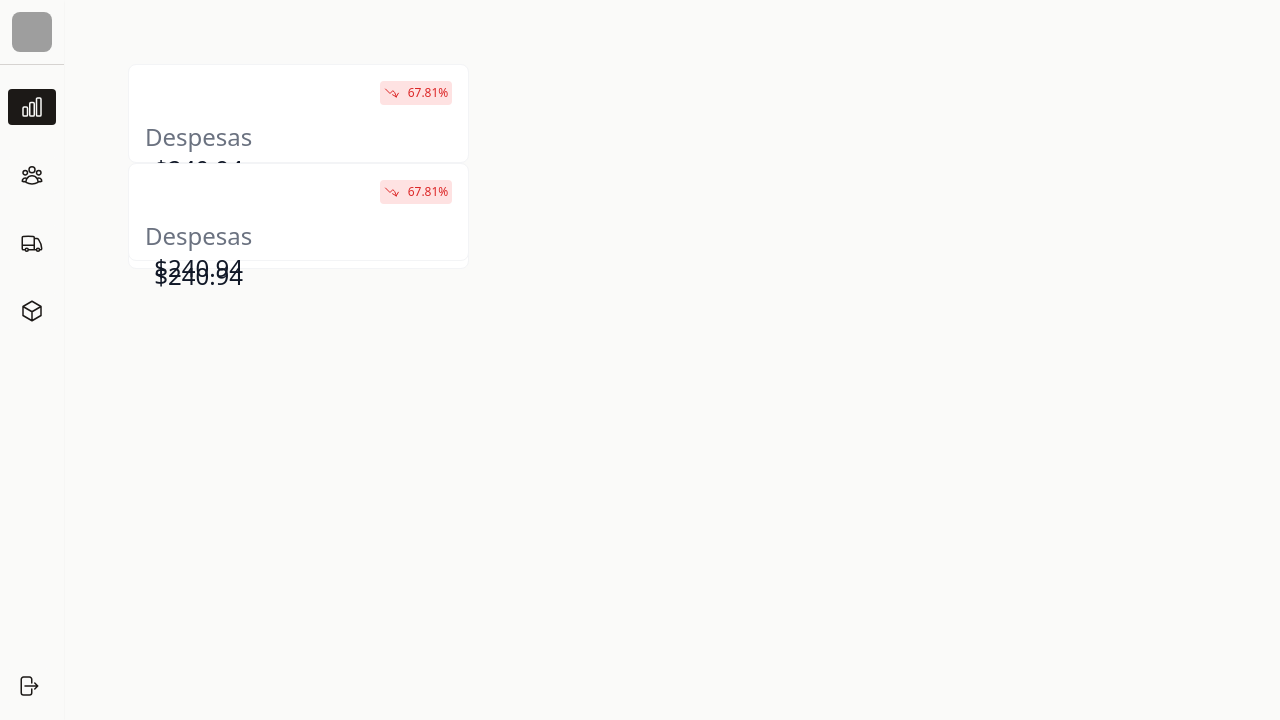
Repository: XavierOtavio/Cuzinhas
Page: /dashboard
These files come from the project's save history. The page is drawn as it stood at one moment and after a run of saves; the edit follows.
The browser window is 1280 px wide. The pictures show the whole page.
Pictures or frames that could not be fetched are drawn as grey boxes. The project was rebuilt for these pictures with package versions that can differ from the ones it lists, and the page was loaded fresh each time. Also part of the build but not shown: src/components/Orders.js, src/components/Employees.js, src/components/Login.js, src/components/Register.js, src/components/Home.js, src/components/Logotipo.js, src/components/Header.js, src/components/Footer.js and 1 more.

Above is the page before, as saved 2023-03-08 18:44:22.

### src/App.js
import { Route, Routes } from "react-router-dom";
import LayoutBackend from "./components/LayoutBackend";
import Dashboard from "./components/Dashboard";
import Orders from "./components/Orders";
import Employees from "./components/Employees";
import Login from "./components/Login";
import Register from "./components/Register";
import Home from "./components/Home";
import LayoutFront from "./components/LayoutFront";

function App() {
  return (
    <div className="App">
      <Routes>
        <Route path="/dashboard" element={<LayoutBackend />}>
          <Route path="" element={<Dashboard />} />
          <Route path="orders" element={<Orders />} />
          <Route path="employees" element={<Employees />} />
        </Route>
        <Route path="" element={<LayoutFront />}>
          <Route path="/" element={<Home />} />
        </Route>
        <Route path="/login" element={<Login />} />
        <Route path="/register" element={<Register />} />
      </Routes>
    </div>
  );
}

export default App;

### src/components/LayoutBackend.js
import React from "react";
import SideBar from "./SideBar";
import { Outlet } from "react-router-dom";

export default function LayoutBackend() {
  return (
    <>
      <div className="absolute h-screen w-screen">
        <SideBar />
        <div className="relative flex h-full items-center justify-center bg-stone-50">
          <Outlet />
        </div>
      </div>
    </>
  );
}

### src/components/Dashboard.js
import React from "react";
import {
  ArrowTrendingUpIcon,
  ArrowTrendingDownIcon,
} from "@heroicons/react/24/outline";

export default function Dashboard() {
  return (
    <div className="absolute inset-0 mx-32 my-16 grid grid-cols-12 grid-rows-6">
      <div className="row-start-1 row-end-2 col-start-1 col-end-5">
        <button class="flex flex-col gap-4 rounded-lg border border-gray-100 bg-white w-full h-full p-4">
          <div class="inline-flex gap-2 self-end rounded bg-red-100 p-1 text-red-600">
            <ArrowTrendingDownIcon className="h-4 w-4" />
            <span class="text-xs font-medium"> 67.81% </span>
          </div>
          <div>
            <strong class="block text-left text-2xl font-medium text-gray-500">
              Despesas
            </strong>
            <p>
              <span class="text-2xl font-medium text-gray-900"> $240.94 </span>
            </p>
          </div>
        </button>
      </div>
      <div className="row-start-2 row-end-2 col-start-1 col-end-5">
        <button class="flex flex-col gap-4 rounded-lg border border-gray-100 bg-white w-full h-full my-2 p-4">
          <div class="inline-flex gap-2 self-end rounded bg-red-100 p-1 text-red-600">
            <ArrowTrendingDownIcon className="h-4 w-4" />
            <span class="text-xs font-medium"> 67.81% </span>
          </div>
          <div>
            <strong class="block text-left text-2xl font-medium text-gray-500">
              Despesas
            </strong>
            <p>
              <span class="text-2xl font-medium text-gray-900"> $240.94 </span>
            </p>
          </div>
        </button>
      </div>
      <div className="row-start-3 row-end-2 col-start-1 col-end-5">
        <button class="flex flex-col gap-4 rounded-lg border border-gray-100 bg-white w-full h-full p-4">
          <div class="inline-flex gap-2 self-end rounded bg-red-100 p-1 text-red-600">
            <ArrowTrendingDownIcon className="h-4 w-4" />
            <span class="text-xs font-medium"> 67.81% </span>
          </div>
          <div>
            <strong class="block text-left text-2xl font-medium text-gray-500">
              Despesas
            </strong>
            <p>
              <span class="text-2xl font-medium text-gray-900"> $240.94 </span>
            </p>
          </div>
        </button>
      </div>
    </div>
  );
}

### src/components/SideBar.js
import React from "react";
import { Link, useLocation } from "react-router-dom";
import {
  ArrowRightOnRectangleIcon,
  ChartBarIcon,
  CubeIcon,
  TruckIcon,
  UserGroupIcon,
} from "@heroicons/react/24/outline";

export default function SideBar() {
  const location = useLocation();
  return (
    <div className="absolute inset-y-0 left-0 z-10 w-16 shadow-sm bg-stone-50">
      <div>
        <div className="inline-flex h-16 w-16 items-center justify-center">
          <Link
            to="/profile"
            className="group relative flex justify-center rounded"
          >
            <img
              alt="user"
              className="rounded-lg h-10 w-10"
              src="https://cdn.discordapp.com/attachments/1082425024104894666/1082799435727253584/xSVMV6xD9Cf7K56wjeEF--1--2htnr.jpg"
            />
            <span className="absolute left-full text-left whitespace-nowrap top-1/2 ml-4 -translate-y-1/2 rounded bg-stone-900 px-2 py-1.5 text-xs font-medium text-stone-50 opacity-0 group-hover:opacity-100">
              Perfil <p className="font-light">Xavier Otávio</p>
            </span>
          </Link>
        </div>
        <div className="border-t border-stone-300">
          <nav aria-label="Main" className="flex flex-col p-2">
            <div className="py-4">
              <Link
                to="/dashboard"
                className={`group relative flex  justify-center rounded  px-2 py-1.5  ${
                  location.pathname === "/dashboard"
                    ? "bg-stone-900 text-stone-50"
                    : "bg-stone-50 text-stone-900"
                }`}
              >
                <ChartBarIcon className="h-6 w-6" />
                <span className="absolute left-full top-1/2 ml-4 -translate-y-1/2 rounded bg-stone-900 px-2 py-1.5 text-xs font-medium text-stone-50 opacity-0 group-hover:opacity-100">
                  Dashboard
                </span>
              </Link>
            </div>
            <div className="py-4">
              <Link
                to="/dashboard/employees"
                className={`group relative flex  justify-center rounded  px-2 py-1.5  ${
                  location.pathname === "/dashboard/employees"
                    ? "bg-stone-900 text-stone-50"
                    : "bg-stone-50 text-stone-900"
                }`}
              >
                <UserGroupIcon className="h-6 w-6" />
                <span className="absolute left-full top-1/2 ml-4 -translate-y-1/2 rounded bg-stone-900 px-2 py-1.5 text-xs font-medium text-stone-50 opacity-0 group-hover:opacity-100">
                  Empregados
                </span>
              </Link>
            </div>
            <div className="py-4">
              <Link
                to="/dashboard/orders"
                className={`group relative flex  justify-center rounded  px-2 py-1.5  ${
                  location.pathname === "/dashboard/orders"
                    ? "bg-stone-900 text-stone-50"
                    : "bg-stone-50 text-stone-900"
                }`}
              >
                <TruckIcon className="h-6 w-6" />
                <span className="absolute left-full top-1/2 ml-4 -translate-y-1/2 rounded bg-stone-900 px-2 py-1.5 text-xs font-medium text-stone-50 opacity-0 group-hover:opacity-100">
                  Encomendas
                </span>
              </Link>
            </div>
            <div className="py-4">
              <Link
                to="/dashboard/stock"
                className={`group relative flex  justify-center rounded  px-2 py-1.5  ${
                  location.pathname === "/dashboard/stock"
                    ? "bg-stone-900 text-stone-50"
                    : "bg-stone-50 text-stone-900"
                }`}
              >
                <CubeIcon className="h-6 w-6" />
                <span className="absolute left-full top-1/2 ml-4 -translate-y-1/2 rounded bg-stone-900 px-2 py-1.5 text-xs font-medium text-stone-50 opacity-0 group-hover:opacity-100">
                  Matérias-primas
                </span>
              </Link>
            </div>
            <div className="py-4 bottom-0 absolute">
              <Link
                to="/"
                className="group relative flex  justify-center rounded bg-stone-50 px-2 py-1.5 text-stone-900"
              >
                <ArrowRightOnRectangleIcon className="h-6 w-6" />
                <span className="absolute left-full top-1/2 ml-4 -translate-y-1/2 rounded bg-stone-900 px-2 py-1.5 text-xs font-medium text-stone-50 opacity-0 group-hover:opacity-100">
                  Sair
                </span>
              </Link>
            </div>
          </nav>
        </div>
      </div>
    </div>
  );
}

Loaded but not shown: public/index.html (common file); src/index.js (common file); src/index.css (common file); src/reportWebVitals.js (common file); tailwind.config.js (common file)

After the next 2 saves:
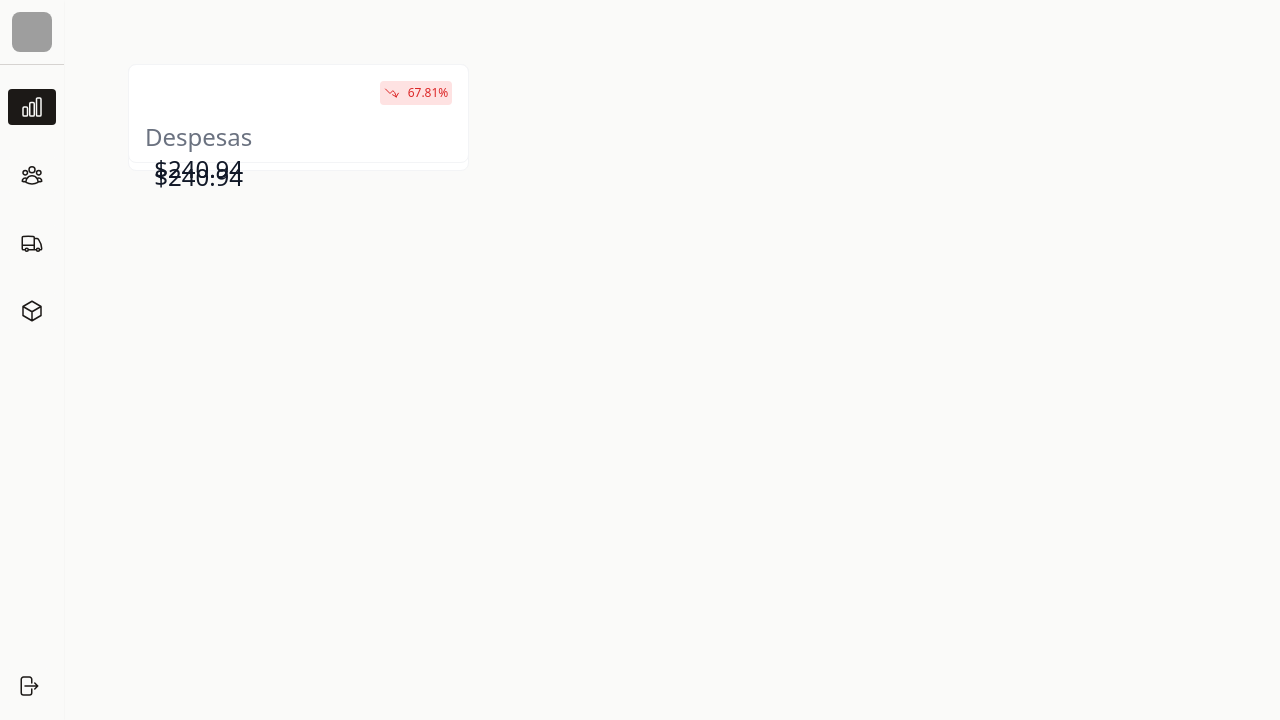
The 2 saves are shown as one change because they came seconds apart.
The last was saved 10 s later.
--- a/src/components/Dashboard.js
+++ b/src/components/Dashboard.js
@@ -23,7 +23,7 @@ export default function Dashboard() {
           </div>
         </button>
       </div>
-      <div className="row-start-2 row-end-2 col-start-1 col-end-5">
+      <div className="row-start-1 row-end-2 col-start-1 col-end-5">
         <button class="flex flex-col gap-4 rounded-lg border border-gray-100 bg-white w-full h-full my-2 p-4">
           <div class="inline-flex gap-2 self-end rounded bg-red-100 p-1 text-red-600">
             <ArrowTrendingDownIcon className="h-4 w-4" />
@@ -39,7 +39,7 @@ export default function Dashboard() {
           </div>
         </button>
       </div>
-      <div className="row-start-3 row-end-2 col-start-1 col-end-5">
+      <div className="row-start-1 row-end-2 col-start-1 col-end-5">
         <button class="flex flex-col gap-4 rounded-lg border border-gray-100 bg-white w-full h-full p-4">
           <div class="inline-flex gap-2 self-end rounded bg-red-100 p-1 text-red-600">
             <ArrowTrendingDownIcon className="h-4 w-4" />
